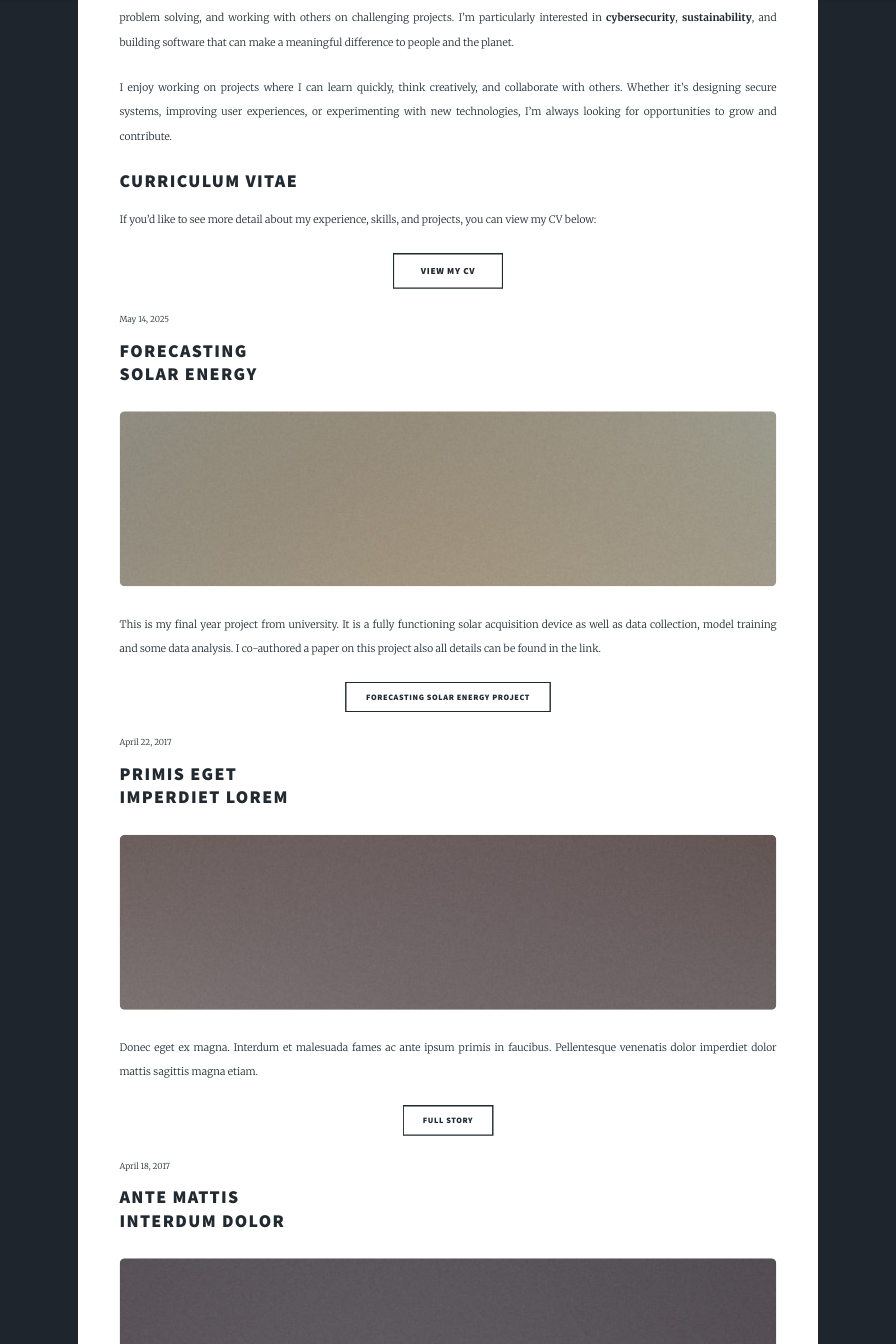
Repository: ciaranscan6/PersonalWebsite
Page: about-me.html
An editor plug-in stored every save of this project. The page is shown before and after the next save, followed by the edit.
The browser window is 1280 px wide. The pictures show the part of the page from y = 1451 to 3371 px (the page is 5045 px tall), at 70% of full size.
A picture or video elsewhere on the page could not be fetched, so the positions and the page height are approximate.

Above is the page before, as saved 2025-11-22 03:26:56.

After the next save:
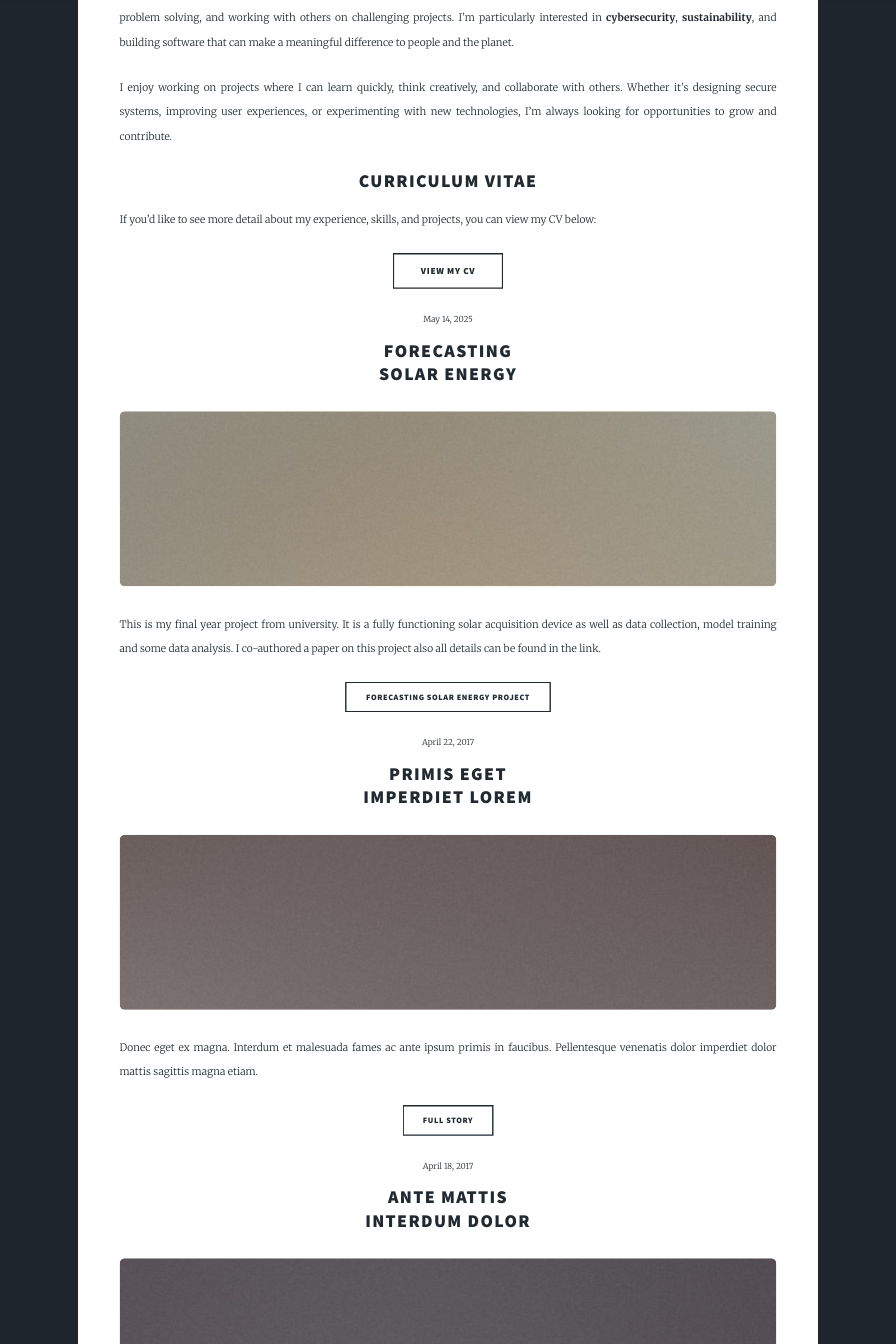
Saved 78 s later.
--- a/about-me.html
+++ b/about-me.html
@@ -42,7 +42,7 @@
 					<div id="main">
 
 						<!-- Post -->
-							<section class="post">
+							<section class="post featured">
 								<header class="major">
 									<span class="date">November 21, 2025</span>
 									<h1>A Bit About Me</h1>
@@ -87,55 +87,55 @@
 								</section>
 
 								<!-- Hobbies: Four mini slideshows -->
-								 <section class="posts">
-								<article>
-									<header>
-										<span class="date">May 14, 2025</span>
-										<h2><a href="#">Forecasting <br> Solar Energy</a></h2>
-									</header>
-									<a href="#" class="image fit"><img src="images/pic02.jpg" alt="solar device image" /></a>
-									<p>This is my final year project from university. It is a fully functioning solar acquisition device as well as data collection, model training and some data analysis. I co-authored a paper on this project also all details can be found in the link.</p>
-									<ul class="actions special">
-										<li><a href="#" class="button">Forecasting Solar Energy Project</a></li>
-									</ul>
-								</article>
-								<article>
-									<header>
-										<span class="date">April 22, 2017</span>
-										<h2><a href="#">Primis eget<br />
-										imperdiet lorem</a></h2>
-									</header>
-									<a href="#" class="image fit"><img src="images/pic03.jpg" alt="image of other project" /></a>
-									<p>Donec eget ex magna. Interdum et malesuada fames ac ante ipsum primis in faucibus. Pellentesque venenatis dolor imperdiet dolor mattis sagittis magna etiam.</p>
-									<ul class="actions special">
-										<li><a href="#" class="button">Full Story</a></li>
-									</ul>
-								</article>
-								<article>
-									<header>
-										<span class="date">April 18, 2017</span>
-										<h2><a href="#">Ante mattis<br />
-										interdum dolor</a></h2>
-									</header>
-									<a href="#" class="image fit"><img src="images/pic04.jpg" alt="" /></a>
-									<p>Donec eget ex magna. Interdum et malesuada fames ac ante ipsum primis in faucibus. Pellentesque venenatis dolor imperdiet dolor mattis sagittis magna etiam.</p>
-									<ul class="actions special">
-										<li><a href="#" class="button">Full Story</a></li>
-									</ul>
-								</article>
-								<article>
-									<header>
-										<span class="date">April 14, 2017</span>
-										<h2><a href="#">Tempus sed<br />
-										nulla imperdiet</a></h2>
-									</header>
-									<a href="#" class="image fit"><img src="images/pic05.jpg" alt="" /></a>
-									<p>Donec eget ex magna. Interdum et malesuada fames ac ante ipsum primis in faucibus. Pellentesque venenatis dolor imperdiet dolor mattis sagittis magna etiam.</p>
-									<ul class="actions special">
-										<li><a href="#" class="button">Full Story</a></li>
-									</ul>
-								</article>
-
+								<section class="posts">
+									<article>
+										<header>
+											<span class="date">May 14, 2025</span>
+											<h2><a href="#">Forecasting <br> Solar Energy</a></h2>
+										</header>
+										<a href="#" class="image fit"><img src="images/pic02.jpg" alt="solar device image" /></a>
+										<p>This is my final year project from university. It is a fully functioning solar acquisition device as well as data collection, model training and some data analysis. I co-authored a paper on this project also all details can be found in the link.</p>
+										<ul class="actions special">
+											<li><a href="#" class="button">Forecasting Solar Energy Project</a></li>
+										</ul>
+									</article>
+									<article>
+										<header>
+											<span class="date">April 22, 2017</span>
+											<h2><a href="#">Primis eget<br />
+											imperdiet lorem</a></h2>
+										</header>
+										<a href="#" class="image fit"><img src="images/pic03.jpg" alt="image of other project" /></a>
+										<p>Donec eget ex magna. Interdum et malesuada fames ac ante ipsum primis in faucibus. Pellentesque venenatis dolor imperdiet dolor mattis sagittis magna etiam.</p>
+										<ul class="actions special">
+											<li><a href="#" class="button">Full Story</a></li>
+										</ul>
+									</article>
+									<article>
+										<header>
+											<span class="date">April 18, 2017</span>
+											<h2><a href="#">Ante mattis<br />
+											interdum dolor</a></h2>
+										</header>
+										<a href="#" class="image fit"><img src="images/pic04.jpg" alt="" /></a>
+										<p>Donec eget ex magna. Interdum et malesuada fames ac ante ipsum primis in faucibus. Pellentesque venenatis dolor imperdiet dolor mattis sagittis magna etiam.</p>
+										<ul class="actions special">
+											<li><a href="#" class="button">Full Story</a></li>
+										</ul>
+									</article>
+									<article>
+										<header>
+											<span class="date">April 14, 2017</span>
+											<h2><a href="#">Tempus sed<br />
+											nulla imperdiet</a></h2>
+										</header>
+										<a href="#" class="image fit"><img src="images/pic05.jpg" alt="" /></a>
+										<p>Donec eget ex magna. Interdum et malesuada fames ac ante ipsum primis in faucibus. Pellentesque venenatis dolor imperdiet dolor mattis sagittis magna etiam.</p>
+										<ul class="actions special">
+											<li><a href="#" class="button">Full Story</a></li>
+										</ul>
+									</article>
+								</section>
 
 
 							</section>
